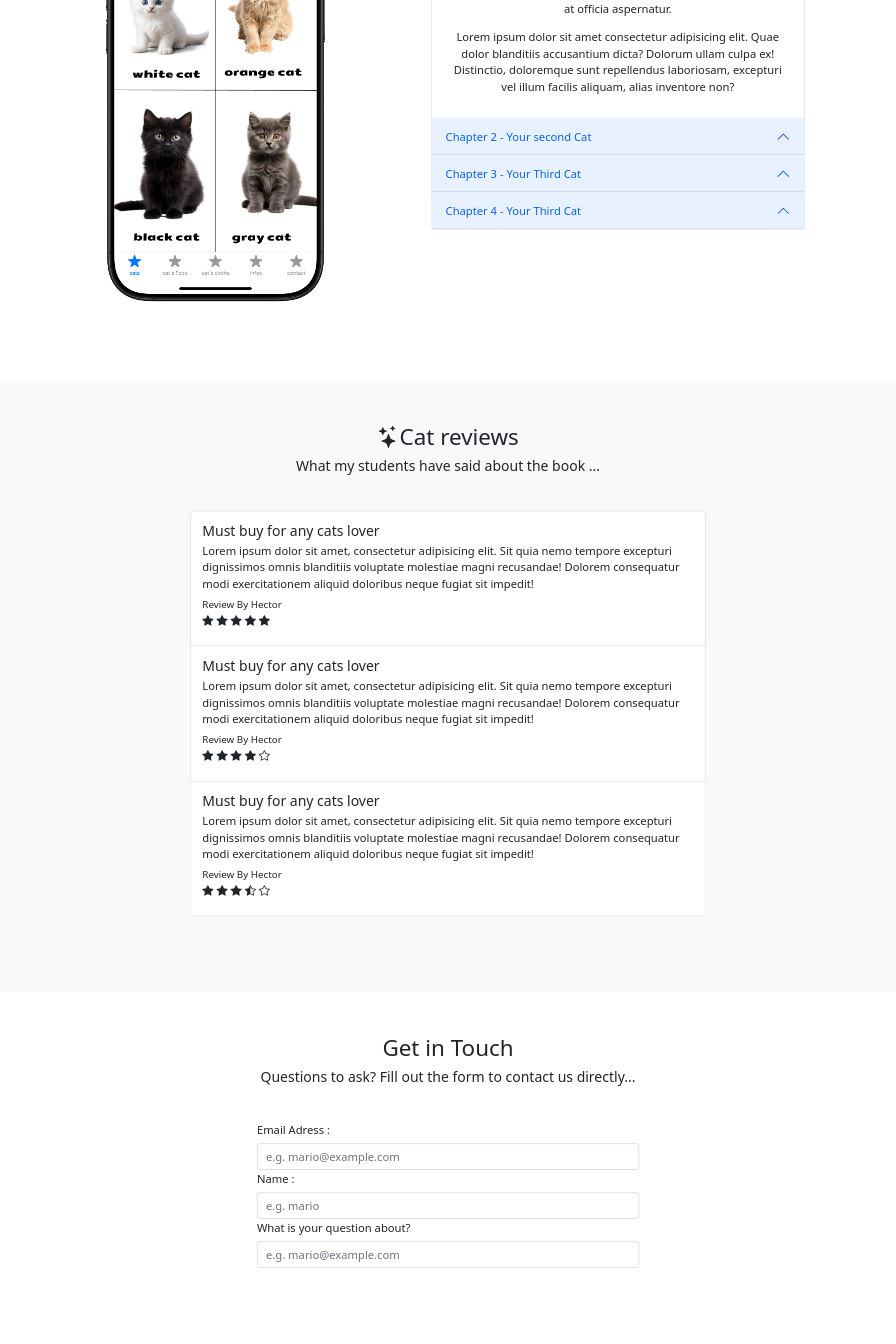
Repository: rihebtlh/catty-storefront
Page: index.html
These files come from the project's save history. The page is drawn as it stood at one moment and after the next save; the edit follows.
The browser window is 1280 px wide. The pictures show the part of the page from y = 1915 to 3835 px (the page is 3835 px tall before and 3797 px after), at 70% of full size.

Above is the page before, as saved 2025-06-18 16:55:05.

### index.html
<!DOCTYPE html>
<html lang="en">
<head>
  <meta charset="UTF-8" />
  <meta name="viewport" content="width=device-width, initial-scale=1.0" />
  <link
    href="https://cdn.jsdelivr.net/npm/bootstrap@5.0.2/dist/css/bootstrap.min.css"
    rel="stylesheet"
    integrity="sha384-EVSTQN3/azprG1Anm3QDgpJLIm9Nao0Yz1ztcQTwFspd3yD65VohhpuuCOmLASjC"
    crossorigin="anonymous"
  />
  <link rel="stylesheet" href="https://cdn.jsdelivr.net/npm/bootstrap-icons@1.13.1/font/bootstrap-icons.min.css">
  <title>Catty</title>
  <style>
    section {
      padding: 60px 0;
    }
  </style>
</head>
<body>
  <!-- Navbar -->
    <nav class="navbar navbar-expand-md navbar-light bg-light">
        <div class="container-xxl">
            <a href="#intro" class="navbar-brand">
                <span class="fw-bold text-secondary">Catty - find your cat</span>
            </a>
      <!-- Toggle button -->
            <button
                class="navbar-toggler"
                type="button"
                data-bs-toggle="collapse"
                data-bs-target="#main-nav"
                aria-controls="main-nav"
                aria-expanded="false"
                aria-label="Toggle navigation">
                <span class="navbar-toggler-icon"></span>
            </button>
      <!-- Navbar links -->
            <div class="collapse navbar-collapse justify-content-end align-center" id="main-nav">
                <ul class="navbar-nav">
                <li class="nav-item">
                    <a class="nav-link" href="#topics">About</a>
                </li>
                <li class="nav-item">
                    <a class="nav-link" href="#reviews">Reviews</a>
                </li>
                <li class="nav-item">
                    <a class="nav-link" href="#contact">Get in Touch</a>
                </li>
                <li class="nav-item d-md-none">
                    <a class="nav-link" href="#pricing">Pricing</a>
                </li>
                <li class="nav-item ms-2 d-none d-md-inline">
                    <a class="btn btn-secondary" href="#pricing">Get it Now</a>
                </li>
                </ul>
            </div>
        </div>
    </nav>

  <!-- Main image & intro text -->
  <section id="intro">
    <div class="container-lg">
      <div class="row justify-content-center align-items-center">
        <div class="col-md-5 text-center text-md-start">
          <h1>
            <div class="display-2">Catty</div>
            <div class="display-5 text-muted">Where every kitty feels at home</div>
          </h1>
          <p class="lead my-4 text-muted">
            Lorem ipsum dolor sit amet consectetur adipisicing elit.
          </p>
          <a href="#pricing" class="btn btn-secondary btn-lg">Get your cat Now!</a>
        </div>
        <div class="col-md-5 text-center d-none d-md-block">
          <img class="img-fluid" src="/assets/catLogo.webp" alt="cat" />
        </div>
      </div>
    </div>
  </section>

    <!-- pricing plans -->
    <!-- pricing plans -->
  <section id="pricing" class="bg-light mt-5">
    <div class="container-lg">
      <div class="text-center">
        <h2>Pricing Plans</h2>
        <p class="lead text-muted">Choose a pricing plan to suit you.</p>
      </div>

      <div class="row my-5 g-0 align-items-center justify-content-center"> <!--g-0 is for the gap so this one there's no gap-->
        <div class="col-8 col-lg-4 col-xl-3">
          <div class="card border-0">
            <div class="card-body text-center py-4">
              <h4 class="card-title">Starter Edition</h4>
              <p class="lead card-subtitle">eBook download only</p>
              <p class="display-5 my-4 text-primary fw-bold">$12.99</p>
              <p class="card-text mx-5 text-muted d-none d-lg-block">Lorem ipsum dolor sit amet consectetur adipisicing elit. Mollitia, vitae magni! Repellat commodi a fuga corporis saepe dolorum.</p>
              <a href="#" class="btn btn-outline-primary btn-lg mt-3">
                Buy Now
              </a>
            </div>
          </div>
        </div>

        <div class="col-9 col-lg-4">
          <div class="card border-primary border-2">
            <div class="card-header text-center text-primary">Most Popular</div>
            <div class="card-body text-center py-5">
              <h4 class="card-title">Complete Edition</h4>
              <p class="lead card-subtitle">eBook download & all updates</p>
              <p class="display-4 my-4 text-primary fw-bold">$18.99</p>
              <p class="card-text mx-5 text-muted d-none d-lg-block">Lorem ipsum dolor sit amet consectetur adipisicing elit. Mollitia, vitae magni! Repellat commodi a fuga corporis saepe dolorum.</p>
              <a href="#" class="btn btn-outline-primary btn-lg mt-3">
                Buy Now
              </a>
            </div>
          </div>
        </div>

        <div class="col-8 col-lg-4 col-xl-3">
          <div class="card border-0">
            <div class="card-body text-center py-4">
              <h4 class="card-title">Ultimate Edition</h4>
              <p class="lead card-subtitle">download, updates & extras</p>
              <p class="display-5 my-4 text-primary fw-bold">$24.99</p>
              <p class="card-text mx-5 text-muted d-none d-lg-block">Lorem ipsum dolor sit amet consectetur adipisicing elit. Mollitia, vitae magni! Repellat commodi a fuga corporis saepe dolorum.</p>
              <a href="#" class="btn btn-outline-primary btn-lg mt-3">
                Buy Now
              </a>
            </div>
          </div>
        </div>
      </div>
    </div><!-- end container -->
  </section>

    <!-- topics at a glance -->
     <section class="topics">
      <div class="container-md"> <!--100% width until meduim screens qt thispoint it will get everything at the middle-->
        <div class="text-center">
          <h2>Inside the book...</h2>
          <p class="lead text-muted">
            A quick glance at the topics you'll learn
          </p>
          <div class="row my-5 g-5 justify-content-around align-items-center">
            <div class="col-6 col-lg-4">
              <img src="/assets/phone.png" class="img-fluid" alt="ebook">
            </div>
            <div class="col-lg-6">
            <!-- accordion 1-->
            <div class="accordion" id="chapters">
              <div class="accordion-item">
                <h2 class="accordion-header" id="heading-1">
                  <button class="accordion-button" type="button" data-bs-toggle="collapse" data-bs-target="#chapter-1" aria-expanded="true" aria-controls="chapter-1">
                    Chapter 1 - Your First Cat
                  </button>
                </h2>
                <div id="chapter-1" class="accordion-collapse collapse show" aria-labelledby="heading-1" data-bs-parent="#chapters">
                  <div class="accordion-body">
                    <p>Lorem, ipsum dolor sit amet consectetur adipisicing elit. Esse modi, repellat excepturi ducimus et provident dolorum incidunt at officia aspernatur.</p>
                    <p>Lorem ipsum dolor sit amet consectetur adipisicing elit. Quae dolor blanditiis accusantium dicta? Dolorum ullam culpa ex! Distinctio, doloremque sunt repellendus laboriosam, excepturi vel illum facilis aliquam, alias inventore non?</p>

                  </div>
                </div>
              </div>
              <!-- accordion 2-->
              <div class="accordion-item">
                <h2 class="accordion-header" id="heading-2">
                  <button class="accordion-button" type="button" data-bs-toggle="collapse" data-bs-target="#chapter-2" aria-expanded="true" aria-controls="chapter-2">
                    Chapter 2 - Your second Cat
                  </button>
                </h2>
                <div id="chapter-2" class="accordion-collapse collapse" aria-labelledby="heading-2" data-bs-parent="#chapters">
                  <div class="accordion-body">
                    <p>Lorem, ipsum dolor sit amet consectetur adipisicing elit. Esse modi, repellat excepturi ducimus et provident dolorum incidunt at officia aspernatur.</p>
                    <p>Lorem ipsum dolor sit amet consectetur adipisicing elit. Quae dolor blanditiis accusantium dicta? Dolorum ullam culpa ex! Distinctio, doloremque sunt repellendus laboriosam, excepturi vel illum facilis aliquam, alias inventore non?</p>
                  </div>
                </div>
              </div>

              <!-- accordion 3-->
              <div class="accordion-item">
                <h2 class="accordion-header" id="heading-3">
                  <button class="accordion-button" type="button" data-bs-toggle="collapse" data-bs-target="#chapter-3" aria-expanded="true" aria-controls="chapter-3">
                    Chapter 3 - Your Third Cat
                  </button>
                </h2>
                <div id="chapter-3" class="accordion-collapse collapse" aria-labelledby="heading-3" data-bs-parent="#chapters">
                  <div class="accordion-body">
                    <p>Lorem, ipsum dolor sit amet consectetur adipisicing elit. Esse modi, repellat excepturi ducimus et provident dolorum incidunt at officia aspernatur.</p>
                    <p>Lorem ipsum dolor sit amet consectetur adipisicing elit. Quae dolor blanditiis accusantium dicta? Dolorum ullam culpa ex! Distinctio, doloremque sunt repellendus laboriosam, excepturi vel illum facilis aliquam, alias inventore non?</p>
                  </div>
                </div>
              </div>

              <!-- accordion 4-->
              <div class="accordion-item">
                <h2 class="accordion-header" id="heading-4">
                  <button class="accordion-button" type="button" data-bs-toggle="collapse" data-bs-target="#chapter-4" aria-expanded="true" aria-controls="chapter-4">
                    Chapter 4 - Your Third Cat
                  </button>
                </h2>
                <div id="chapter-4" class="accordion-collapse collapse" aria-labelledby="heading-4" data-bs-parent="#chapters">
                  <div class="accordion-body">
                    <p>Lorem, ipsum dolor sit amet consectetur adipisicing elit. Esse modi, repellat excepturi ducimus et provident dolorum incidunt at officia aspernatur.</p>
                    <p>Lorem ipsum dolor sit amet consectetur adipisicing elit. Quae dolor blanditiis accusantium dicta? Dolorum ullam culpa ex! Distinctio, doloremque sunt repellendus laboriosam, excepturi vel illum facilis aliquam, alias inventore non?</p>
                  </div>
                </div>
              </div>
              </div>

            </div>

          </div><!--around: spred around any free space (all the gaps are equal)-->
        </div>
      </div>
     </section>



    <!-- reviews list -->
    <section class="bg-light" id="reviews">
      <div class="container-lg">
        <div class="text-center">
          <h2><i class="bi bi-stars"></i>Cat reviews</h2>
          <p class="lead">What my students have said about the book ...</p>
        </div>
        <div class="row justify-content-center my-5">
          <div class="col-lg-8">
            <div class="list-group">
              <div class="list-group-item py-3">
                <h5 class="mb-1">Must buy for any cats lover</h5>
                <p class="mb-1">Lorem ipsum dolor sit amet, consectetur adipisicing elit. Sit quia nemo tempore excepturi dignissimos omnis blanditiis voluptate molestiae magni recusandae! Dolorem consequatur modi exercitationem aliquid doloribus neque fugiat sit impedit!</p>
                <small>Review By Hector</small>
                <div class="pb-2">
                  <i class="bi bi-star-fill"></i>
                  <i class="bi bi-star-fill"></i>
                  <i class="bi bi-star-fill"></i>
                  <i class="bi bi-star-fill"></i>
                  <i class="bi bi-star-fill"></i>
                </div>
              </div>
              <div class="list-group-item py-3">
                <h5 class="mb-1">Must buy for any cats lover</h5>
                <p class="mb-1">Lorem ipsum dolor sit amet, consectetur adipisicing elit. Sit quia nemo tempore excepturi dignissimos omnis blanditiis voluptate molestiae magni recusandae! Dolorem consequatur modi exercitationem aliquid doloribus neque fugiat sit impedit!</p>
                <small>Review By Hector</small>
                <div class="pb-2">
                  <i class="bi bi-star-fill"></i>
                  <i class="bi bi-star-fill"></i>
                  <i class="bi bi-star-fill"></i>
                  <i class="bi bi-star-fill"></i>
                  <i class="bi bi-star"></i>
                </div>
              </div>
              <div class="list-group-item py-3">
                <h5 class="mb-1">Must buy for any cats lover</h5>
                <p class="mb-1">Lorem ipsum dolor sit amet, consectetur adipisicing elit. Sit quia nemo tempore excepturi dignissimos omnis blanditiis voluptate molestiae magni recusandae! Dolorem consequatur modi exercitationem aliquid doloribus neque fugiat sit impedit!</p>
                <small>Review By Hector</small>
                <div class="pb-2">
                  <i class="bi bi-star-fill"></i>
                  <i class="bi bi-star-fill"></i>
                  <i class="bi bi-star-fill"></i>
                  <i class="bi bi-star-half"></i>
                  <i class="bi bi-star"></i>
                </div>
              </div>
            </div>
          </div>
        </div>
      </div>
    </section>
    <!-- contact form -->
    <!-- form-control, form-label, form-select, input-group-text -->
    <section id="contact">
      <div class="container-lg">
        <div class="text-center">
          <h2>Get in Touch</h2>
          <p class="lead">Questions to ask? Fill out the form to contact us directly...</p>
        </div>

        <div class="row justify-content-center my-5">
          <div class="col-lg-6">
            <form>
              <label for="email" class="form-label">Email Adress : </label>
              <input type="email" class="form-control" id="email" placeholder="e.g. mario@example.com">

              <label for="name" class="form-label">Name : </label>
              <input type="text" class="form-control" id="name" placeholder="e.g. mario">

              <label for="subject" class="form-label">What is your question about?</label>
              <input type="email" class="form-control" id="email" placeholder="e.g. mario@example.com">
            </form>
          </div>
        </div>
      </div>
    </section>
    <!-- get updates / modal trigger -->

  <!-- Bootstrap JS -->
  <script
    src="https://cdn.jsdelivr.net/npm/bootstrap@5.0.2/dist/js/bootstrap.bundle.min.js"
    integrity="sha384-MrcW6ZMFYlzcLA8Nl+NtUVF0sA7MsXsP1UyJoMp4YLEuNSfAP+JcXn/tWtIaxVXM"
    crossorigin="anonymous"
  ></script>
</body>
</html>

After the next save:
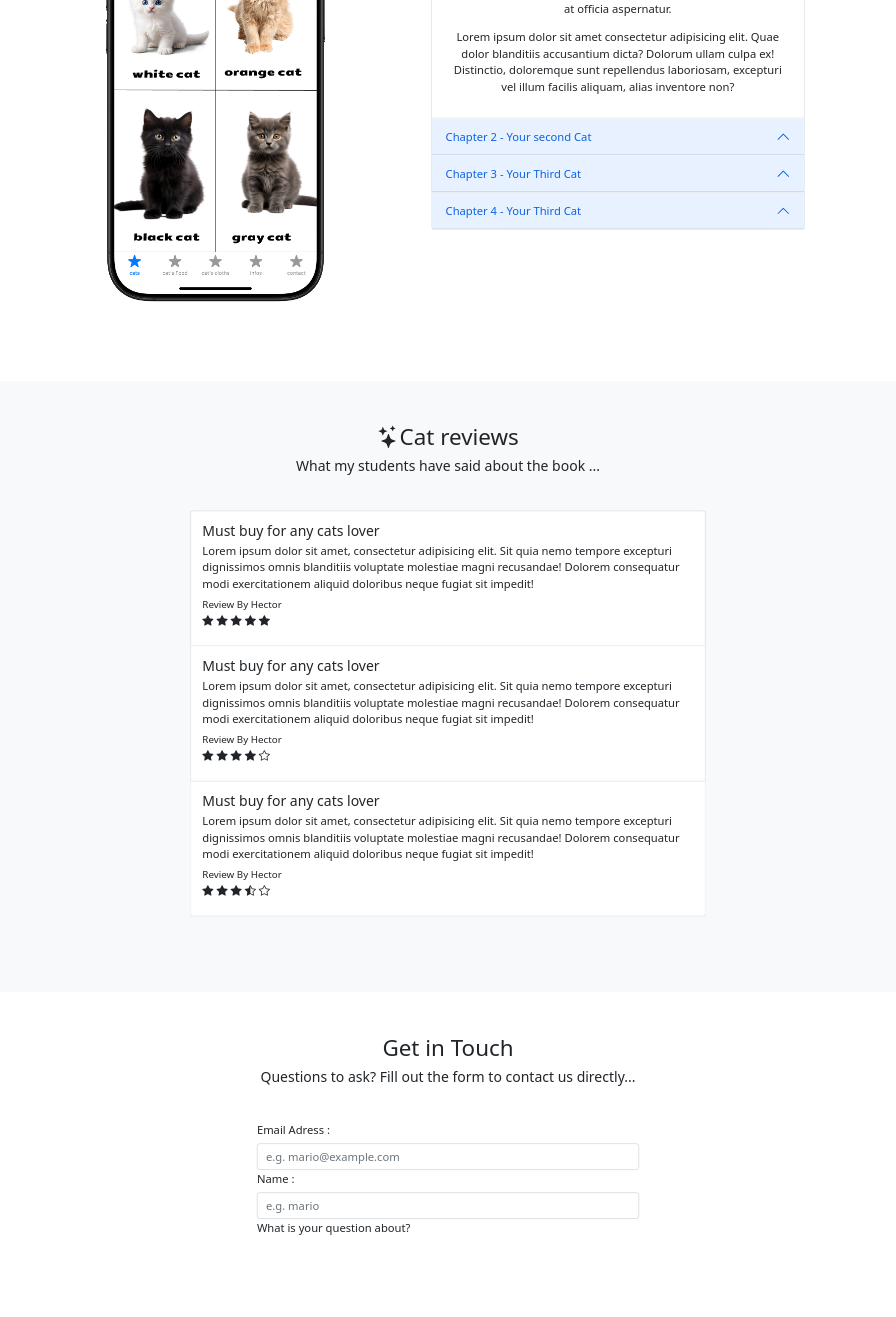
Saved 8 s later.
--- a/index.html
+++ b/index.html
@@ -289,7 +289,7 @@
               <input type="text" class="form-control" id="name" placeholder="e.g. mario">
 
               <label for="subject" class="form-label">What is your question about?</label>
-              <input type="email" class="form-control" id="email" placeholder="e.g. mario@example.com">
+
             </form>
           </div>
         </div>
